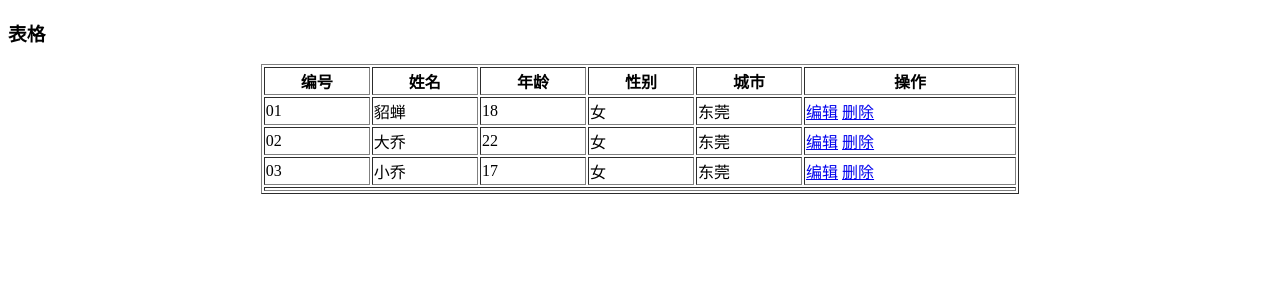
Repository: qyl1006/JavaApps
Page: workspace/html/WebContent/hello/list02.html
These files come from the project's save history. The page is drawn as it stood at one moment and after the next save; the edit follows.
The browser window is 1280 px wide. The pictures show the whole page.

Above is the page before, as saved 2018-02-27 05:03:49.

After the next save:
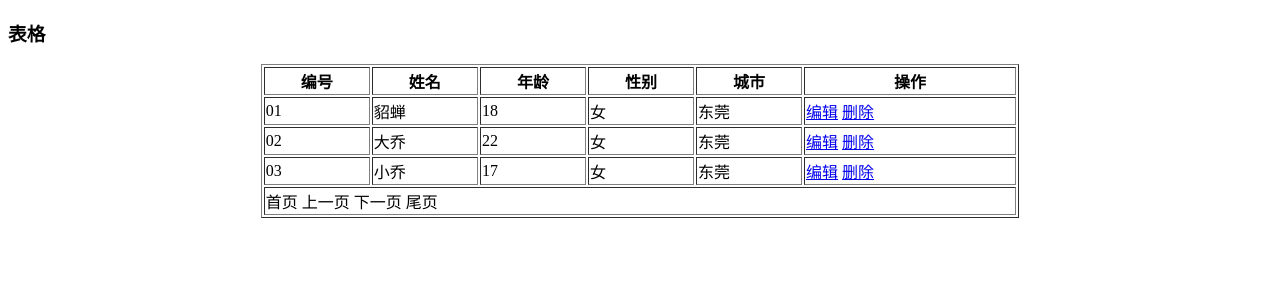
Saved 36 s later.
--- a/workspace/html/WebContent/hello/list02.html
+++ b/workspace/html/WebContent/hello/list02.html
@@ -50,7 +50,10 @@
 		</tr>
 		<tr>
 			<td colspan="6">
-				<a></a>
+				<a>首页</a>
+				<a>上一页</a>
+				<a>下一页</a>
+				<a>尾页</a>
 			</td>
 		</tr>
 	</table>
